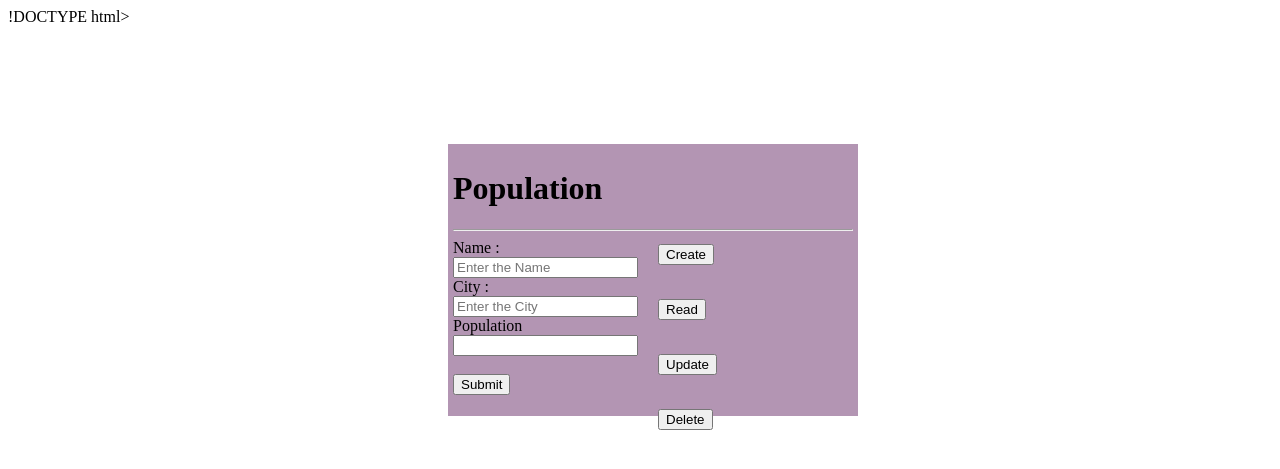
Repository: ponmalar24/Microservice_Bootcamp_SpringbootProject
Page: userform/src/main/resources/static/index.html
These files come from the project's save history. The page is drawn as it stood at one moment and after the next save; the edit follows.
The browser window is 1280 px wide. The pictures show the whole page.

Above is the page before, as saved 2022-04-28 16:45:46.

### userform/src/main/resources/static/index.html
!DOCTYPE html>
<html lang="en">
<head>
    <meta charset="UTF-8">
    <meta http-equiv="X-UA-Compatible" content="IE=edge">
    <meta name="viewport" content="width=device-width, initial-scale=1.0">
    <title>Population</title>
    <style>
   .container
   {
      position: absolute;
      top: 20%;
      left: 35%;
      width: 400px;
      background-color: rgb(179, 149, 179);
      border-color: black;
      padding: 5px;
    }
    .CRUD-btns
    {
      width: 50px;
      position: absolute;
      top: 35%;
      left: 50%;
      width: 400px;
      padding: 5px;
    }
    </style>
</head>
<body>

    <div class="container">
        <form method="post">

            <h1>Population</h1>
            <hr>
            Name  :
            <div class="form-group">
                <input class="form-control" type="text" name="Name" placeholder="Enter the Name">
            </div>
            City  :
            <div class="form-group">
                <input class="form-control" type="text" name="City" placeholder="Enter the City">
            </div>
            Population
            <div class="form-group">
                <input class="form-control" type="text" name="Population" >
            </div>
            <br>
            <div>
                <input type="submit" >
            </div>
           <!-- https://youtu.be/3ODi1A4Oa4E -->
        </form>

        <div class="CRUD-btns">

        <form action="Create">
           <button onclick="">Create</button>
        </form><br>

        <form action="Read">
            <button>Read</button>
         </form><br>

         <form action="Update">
            <button>Update</button>
         </form><br>

         <form action="Delete">
            <button>Delete</button>
         </form>
        </div>



</body>
</html>

After the next save:
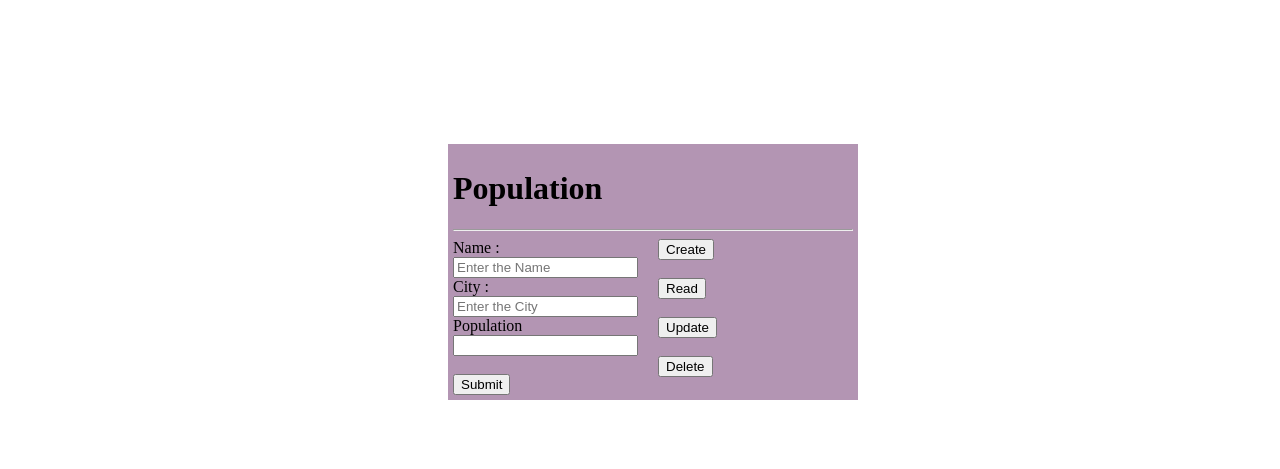
Saved 67 s later.
--- a/userform/src/main/resources/static/index.html
+++ b/userform/src/main/resources/static/index.html
@@ -1,4 +1,4 @@
-!DOCTYPE html>
+<!DOCTYPE html>
 <html lang="en">
 <head>
     <meta charset="UTF-8">
